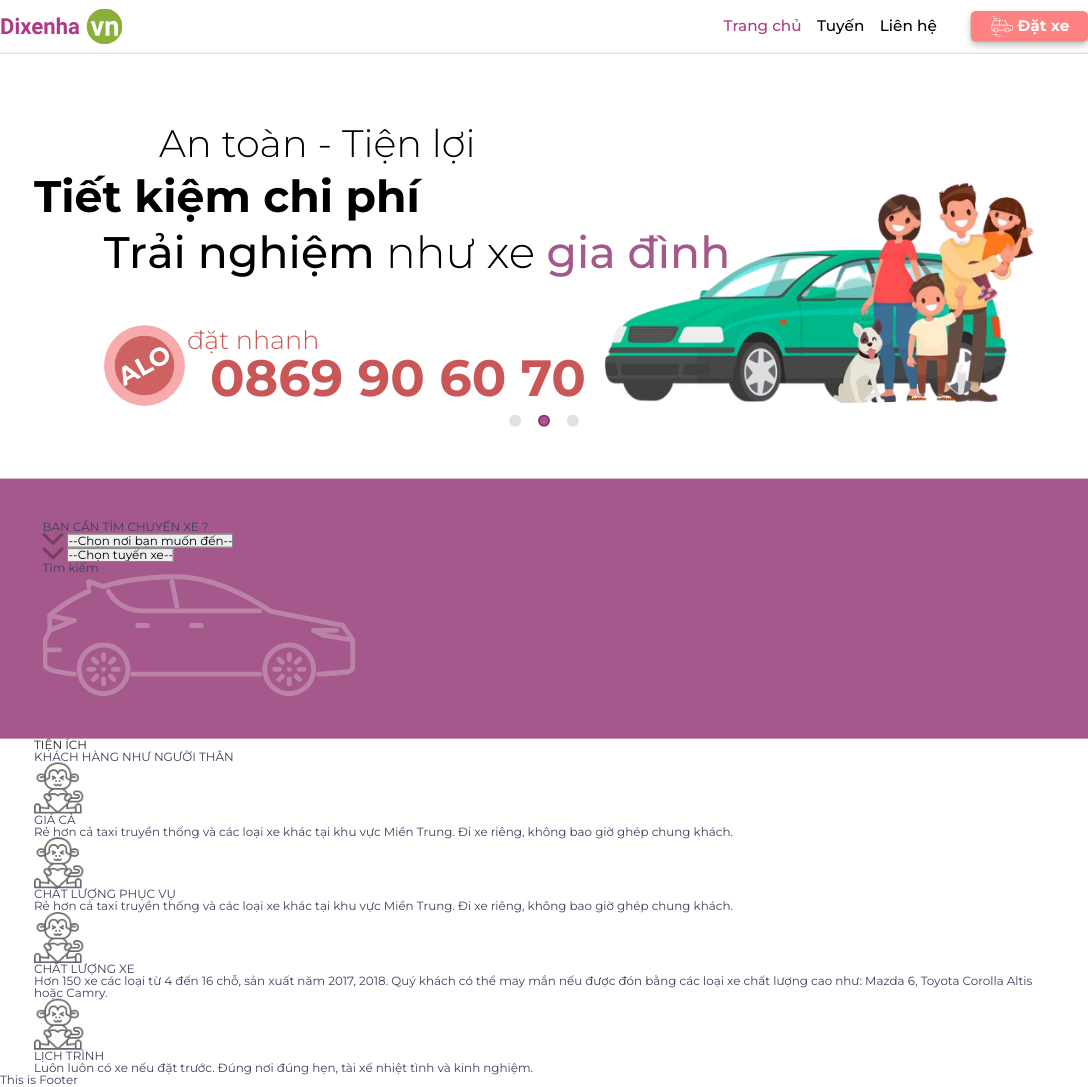
Repository: thanhthien0706/last_project--fe004
Page: lastProductF004/dist/index.html
These files come from the project's save history. The page is drawn as it stood at one moment and after the next save; the edit follows.
The browser window is 1280 px wide. The pictures show the whole page, at 85% of full size.
Some web libraries are served in a nearby version. The style sheet was rebuilt from its Sass, Less or Tailwind sources for each picture, by a compiler version that may differ from the author's.

Above is the page before, as saved 2021-09-16 21:11:50.

### lastProductF004/dist/index.html
<html lang="vi">

<head>
  <!-- include head.html -->
  <title>Trang web cho thuê xe Đà Nẵng - Hội An</title>
<meta name="viewport" content="width=device-width, initial-scale=1, shrink-to-fit=no">
<meta http-equiv="Content-type" content="text/html;charset=UTF-8">

<!-- favicon -->
<link href="/images/favicon.ico" type="image/x-icon" rel="icon">
<!-- meta social -->
<meta name="twitter:card" content="" />
<meta name="twitter:site" content="" />
<meta name="twitter:creator" content="" />
<meta property="og:description" content="" />
<meta property="og:image" content="" />
<meta property="og:site_name" content="">
<meta property="og:title" content="" />
<meta property="og:type" content="">
<meta property="og:url" content="" />
<link rel="apple-touch-icon" sizes="180x180" href="/images/favicon/apple-touch-icon.png">
<link rel="icon" type="image/png" sizes="32x32" href="/images/favicon/favicon-32x32.png">
<link rel="icon" type="image/png" sizes="16x16" href="/images/favicon/favicon-16x16.png">

<link rel="manifest" href="/manifest.json">

<meta name="mobile-web-app-capable" content="yes">
<meta name="apple-mobile-web-app-capable" content="yes">
<meta name="application-name" content="Short name web app">
<meta name="apple-mobile-web-app-title" content="Short name web app">
<meta name="theme-color" content="#00a849">
<meta name="msapplication-navbutton-color" content="#00a849">
<meta name="apple-mobile-web-app-status-bar-style" content="black-translucent">
<meta name="msapplication-starturl" content="/">


  <!-- include styles.html -->
  <link href="https://fonts.googleapis.com/css?family=Roboto|Roboto+Condensed|Roboto+Mono|Roboto+Slab&display=swap"
    rel="stylesheet">
<link href="https://fonts.googleapis.com/icon?family=Material+Icons" rel="stylesheet">


<!-- boostrap -->
<link rel="stylesheet" href="https://stackpath.bootstrapcdn.com/bootstrap/4.4.1/css/bootstrap.min.css"
    integrity="sha384-Vkoo8x4CGsO3+Hhxv8T/Q5PaXtkKtu6ug5TOeNV6gBiFeWPGFN9MuhOf23Q9Ifjh" crossorigin="anonymous">
<link rel="stylesheet" href="https://use.fontawesome.com/releases/v5.8.2/css/all.css"
    integrity="sha384-oS3vJWv+0UjzBfQzYUhtDYW+Pj2yciDJxpsK1OYPAYjqT085Qq/1cq5FLXAZQ7Ay" crossorigin="anonymous">

<link rel="stylesheet" href="https://unpkg.com/swiper/swiper-bundle.css">
<link rel="stylesheet" href="https://unpkg.com/swiper/swiper-bundle.min.css">

<link href="https://unpkg.com/aos@2.3.1/dist/aos.css" rel="stylesheet">

<!-- build:css(.tmp) style/style.min.css -->
<!-- <link rel="stylesheet" type="text/css" media="screen" href="styles/main.scss"/> -->
<link rel="stylesheet" type="text/css" media="screen" href="css/main.css" />
<!-- endbuild -->
</head>

<body class="wrapper">
  <header class="main_header">
  <div class="container_edit">
    <div class="box_main_content">
      <div class="box_logo">
        <img src="../../images/logo.svg" alt="logo" class="img_logo">
      </div>
      <div class="box_main_menu">
        <ul class="lista_menu">
          <li class="item_list">
              <a href="#" class="active">Trang chủ</a>
          </li>
          <li class="item_list">
              <a href="#">Tuyến</a>
          </li>
          <li class="item_list">
              <a href="#">Liên hệ</a>
          </li>
        </ul>
        <a href="#" class="btn_dat_xe">
          <img src="images/icon/ic_car-1.svg" alt="">
          <span class="text">Đặt xe</span>
        </a>
      </div>
    </div>
  </div>

</header>

  <section>

    <section class="section_01">
      <div class="container_new_edit">
        <div class="box_main_slide">
          <!-- slide 1 -->
          <div class="box_content_slide">

            <div class="box_slogan">
              <p class="slogan_1">An toàn - Tiện lợi</p>
              <p class="slogan_2">Tiết kiệm chi phí</p>
              <p class="slogan_3"><span class="sp_slogan_1">Trải nghiệm</span> như xe <span class="sp_slogan_2">gia đình</span></p>
            </div>

            <div class="box_contact">
              <div class="box_icon">
                <div class="shape_1"></div>
                <div class="shape_2"></div>
                <p class="icon">ALO</p>
              </div>
              <div class="box_text">
                <p>đặt nhanh</p>
                <p class="sdt">
                  0869 90 60 70
                </p>
              </div>
            </div>

            <div class="box_img">
              <img src="images/bg/bg_image-1.png" alt="">
            </div>

          </div>

          <!-- slide 2 -->
          <div class="box_content_slide">

            <div class="box_slogan">
              <p class="slogan_1">An toàn - Tiện lợi</p>
              <p class="slogan_2">Tiết kiệm chi phí</p>
              <p class="slogan_3"><span class="sp_slogan_1">Trải nghiệm</span> như xe <span class="sp_slogan_2">gia đình</span></p>
            </div>

            <div class="box_contact">
              <div class="box_icon">
                <div class="shape_1"></div>
                <div class="shape_2"></div>
                <p class="icon">ALO</p>
              </div>
              <div class="box_text">
                <p>đặt nhanh</p>
                <p class="sdt">
                  0869 90 60 70
                </p>
              </div>
            </div>

            <div class="box_img">
              <img src="images/bg/bg_image-1.png" alt="">
            </div>

          </div>

          <!-- slide 3 -->
          <div class="box_content_slide">

            <div class="box_slogan">
              <p class="slogan_1">An toàn - Tiện lợi</p>
              <p class="slogan_2">Tiết kiệm chi phí</p>
              <p class="slogan_3"><span class="sp_slogan_1">Trải nghiệm</span> như xe <span class="sp_slogan_2">gia đình</span></p>
            </div>

            <div class="box_contact">
              <div class="box_icon">
                <div class="shape_1"></div>
                <div class="shape_2"></div>
                <p class="icon">ALO</p>
              </div>
              <div class="box_text">
                <p>đặt nhanh</p>
                <p class="sdt">
                  0869 90 60 70
                </p>
              </div>
            </div>

            <div class="box_img">
              <img src="images/bg/bg_image-1.png" alt="">
            </div>

          </div>

        </div>
      </div>
    </section>
    <section class="section_02">
      <div class="container_new_edit">
        <div class="row_edit">
          <div class="box_left">
            <p>BẠN CẦN TÌM CHUYẾN XE ?</p>
            <section class="section_list_sec">

              <div class="box_main--sec">
                <span class="arrow">
                  <img src="images/icon/ic_arrow--down.png" alt="">
                </span>
                <select name="" id="" class="select_main">
                  <option value="1">--Chọn nơi bạn muốn đến--</option>
                  <option value="1">Đà nẵng</option>
                  <option value="1">Nha Trang</option>
                  <option value="1">Huế</option>
                </select>
              </div>

              <div class="box_main--sec">
                <span class="arrow">
                  <img src="images/icon/ic_arrow--down.png" alt="">
                </span>
                <select name="" id="" class="select_main">
                  <option value="1">--Chọn tuyến xe--</option>
                  <option value="1">Tuyến 1</option>
                  <option value="1">Tuyến 2</option>
                  <option value="1">Tuyến 3</option>
                </select>
              </div>

              <a href="#" class="btn_search">Tìm kiếm</a>
            </section>
          </div>
          <div class="box_right">
            <img src="images/bg/bg_img-2.svg" alt="">
          </div>
        </div>
      </div>
    </section>
    <section class="section_03">
      <div class="container_new_edit">
        <div class="box_header">
          <span>TIỆN ÍCH</span>
          <h2>KHÁCH HÀNG NHƯ NGƯỜI THÂN</h2>
        </div>
        <div class="box_tien-ich_main">
          <div class="box_grid">
            <div class="item_grid">
              <div class="box_conten">
                <div class="box_logo">
                  <img src="images/icon/ic_monkey.png" alt="">
                </div>
                <div class="box_text--main">
                  <h2>GIÁ CẢ</h2>
                  <p>
                    Rẻ hơn cả taxi truyền thống và các loại xe khác tại khu vực Miền Trung.
                    Đi xe riêng, không bao giờ ghép chung khách.
                  </p>
                </div>
              </div>
            </div>
            <div class="item_grid">
              <div class="box_conten">
                <div class="box_logo">
                  <img src="images/icon/ic_monkey.png" alt="">
                </div>
                <div class="box_text--main">
                  <h2>CHẤT LƯỢNG PHỤC VỤ</h2>
                  <p>
                    Rẻ hơn cả taxi truyền thống và các loại xe khác tại khu vực Miền Trung.
                    Đi xe riêng, không bao giờ ghép chung khách.
                  </p>
                </div>
              </div>
            </div>
            <div class="item_grid">
              <div class="box_conten">
                <div class="box_logo">
                  <img src="images/icon/ic_monkey.png" alt="">
                </div>
                <div class="box_text--main">
                  <h2>CHẤT LƯỢNG XE</h2>
                  <p>
                    Hơn 150 xe các loại từ 4 đến 16 chỗ, sản xuất năm 2017, 2018.
                    Quý khách có thể may mắn nếu được đón bằng các loại xe chất lượng cao
                    như: Mazda 6, Toyota Corolla Altis hoặc Camry.
                  </p>
                </div>
              </div>
            </div>
            <div class="item_grid">
              <div class="box_conten">
                <div class="box_logo">
                  <img src="images/icon/ic_monkey.png" alt="">
                </div>
                <div class="box_text--main">
                  <h2>LỊCH TRÌNH</h2>
                  <p>
                    Luôn luôn có xe nếu đặt trước.
                    Đúng nơi đúng hẹn, tài xế nhiệt tình và kinh nghiệm.
                  </p>
                </div>
              </div>
            </div>
          </div>
        </div>
      </div>
    </section>

  </section>
  <footer class="main_footer">
        <h1>This is Footer</h1>
</footer>

  <!-- include scripts.html -->
  <!-- boostrap -->
<script src="https://ajax.googleapis.com/ajax/libs/jquery/3.4.1/jquery.min.js"></script>
<!-- <script src="https://code.jquery.com/jquery-3.3.1.slim.min.js"
        integrity="sha384-q8i/X+965DzO0rT7abK41JStQIAqVgRVzpbzo5smXKp4YfRvH+8abtTE1Pi6jizo"
        crossorigin="anonymous"></script> -->
<script src="https://cdnjs.cloudflare.com/ajax/libs/popper.js/1.14.7/umd/popper.min.js"
        integrity="sha384-UO2eT0CpHqdSJQ6hJty5KVphtPhzWj9WO1clHTMGa3JDZwrnQq4sF86dIHNDz0W1"
        crossorigin="anonymous"></script>
<script src="https://stackpath.bootstrapcdn.com/bootstrap/4.3.1/js/bootstrap.min.js"
        integrity="sha384-JjSmVgyd0p3pXB1rRibZUAYoIIy6OrQ6VrjIEaFf/nJGzIxFDsf4x0xIM+B07jRM"
        crossorigin="anonymous"></script>



<!-- build:js script/script.min.js -->
<script type="text/javascript" src="js/slick.js"></script>
<script type="text/javascript" src="js/script.js"></script>
<!-- endbuild -->

<script src="https://unpkg.com/aos@2.3.1/dist/aos.js"></script>
</body>

</html>

### lastProductF004/src/styles/main.scss
// ----------------------------------------------------------------------
// Font
// ----------------------------------------------------------------------
@import url('https://fonts.googleapis.com/css?family=Roboto:300,400,500,700,900&subset=vietnamese');
@import url('https://cdnjs.cloudflare.com/ajax/libs/font-awesome/5.15.1/css/all.min.css');
// ----------------------------------------------------------------------
// Base
// ----------------------------------------------------------------------
@import "base/reset";
@import "base/fonts";
@import "base/base";

// ----------------------------------------------------------------------
// Layout
// ----------------------------------------------------------------------
@import "layout/slick";
@import "layout/global";
@import "layout/keyframes";
@import "layout/header";
@import "layout/footer";

// ----------------------------------------------------------------------
// Pages
// ----------------------------------------------------------------------
@import "pages/homepage";

### lastProductF004/src/styles/base/_fonts.scss
@import url('https://fonts.googleapis.com/css2?family=Montserrat:wght@100;200;300;400;500;600;700;800;900&display=swap');
// font-family: 'Montserrat', sans-serif;

### lastProductF004/src/styles/layout/_keyframes.scss
@include keyframes(faderighttoleft) {
    from {
        opacity: 0;
        right: -50px;
    }

    to {
        opacity: 1;
        right: 0;
    }
}

@include keyframes(face_text_slide) {
    from {
        opacity: 0;
        top: 20px;
    }

    to {
        opacity: 1;
        top: 0;
    }
}
@include keyframes(showcar_home) {
    from {
        opacity: 0;
        visibility: hidden;
        bottom: -10px;
    }

    to {
        opacity: 1;
        visibility: visible;
        bottom: 0;
    }
}

@include keyframes(showcar) {
    from {
        opacity: 0;
        visibility: hidden;
        bottom: -10px;
    }

    to {
        opacity: 1;
        visibility: visible;
        bottom: -24px;
    }
}

@include keyframes(xoayphone) {
    0% {
        @include xoay(-45deg);
    }

    50% {
        @include xoay(25deg);
    }

    100% {
        @include xoay(0deg);
    }
}

@include keyframes(onloadtabs) {
    from {
        opacity: 0;
        visibility: hidden;
        left: -10px;
    }

    to {
        opacity: 1;
        visibility: visible;
        left: 0;
    }
}

@include keyframes(showhomecar) {
    from {
        opacity: 0;
        visibility: hidden;
        min-height: 0;
        bottom: -20px;
    }

    to {
        opacity: 1;
        visibility: visible;
        min-height: 240px;
        bottom: 0;
    }
}

### lastProductF004/src/styles/layout/_header.scss
.container_edit{
    max-width: 1360px;
    width: 100%;
    margin: 0 auto;
}

.main_header{
    padding: 10px 0;
    background-color: #fff;
    border-bottom: 1px solid rgba(0, 0, 0, 0.22);
    .box_main_content{
        display: flex;
        flex-direction: row;
        justify-content: space-between;
        align-items: center;
        .box_logo{
            img{
                width: auto;
                height: 42px;
                object-fit: cover;
            }
        }
        .box_main_menu{
            display: flex;
            flex-direction: row;
            justify-self: center;
            align-items: center;
            .lista_menu{
                display: flex;
                flex-direction: row;
                justify-content: space-between;
                align-items: center;
                margin-right: 40px;
                .item_list{
                    margin-right:18px;
                    a{
                        font-size:18px;
                        color:#000;
                        font-weight: 500;
                        text-decoration: none;
                        transition: 0.5s;
                        &.active{
                            color:#AF3A87;
                        }
                        &:hover{
                            color:#AF3A87;
                        }
                    }
                    &:last-child{
                        margin-right:0;
                    }
                }
            }
            .btn_dat_xe{
                display: flex;
                flex-direction: row;
                justify-content: space-between;
                align-items: center;
                padding: 6px 22px;
                background-color: #FF8282;
                border-radius: 6px;
                text-decoration: none;
                filter: drop-shadow(0px 4px 4px rgba(0, 0, 0, 0.25));
                transition: 0.5s;
                &:hover{
                    opacity: 0.8;
                }
                img{
                    margin-right: 5px;
                }
                span{
                    font-size:18px;
                    color:#fff;
                    font-weight: bold;
                }
            }
        }
    }
}

### lastProductF004/src/styles/pages/_homepage.scss
html {
    scroll-behavior: smooth;
}

.container_new_edit{
    max-width: 1200px;
    width: 100%;
    margin: 0 auto;
}

.section_01{
    min-height:500px;
    padding: 83px 0;
    // width: 100%;
    .box_main_slide{
        .box_content_slide{
            position: relative;
            height: 334px;
            .box_slogan{
                position: absolute;
                top: 0;
                left: 0;
                .slogan_1{
                    @include font_size(45);
                    font-weight: 300;
                    color: #000;
                    margin-bottom: 14px;
                    margin-left: 147px;
                }
                .slogan_2{
                    @include font_size(52);
                    font-weight: bold;
                    color: #000;
                    margin-bottom: 14px;
                }
                .slogan_3{
                    @include font_size(52);
                    font-weight: 300;
                    color: #000;
                    margin-bottom: 14px;
                    margin-left: 82px;

                    .sp_slogan_1{
                        font-weight: 500;
                    }
                    .sp_slogan_2{
                        font-weight:500;
                        color: rgba(135, 32, 100, 0.75);
                    }
                }
            }
            .box_contact{
                position: absolute;
                display: flex;
                flex-direction: row;
                align-items: center;
                bottom: 5;
                left: 130px;
                .box_icon{
                    position: relative;
                    .shape_1{
                        position: absolute;
                        width: 95px;
                        height: 95px;
                        background-color:  rgba(245, 151, 151, 0.8);
                        top: 50%;
                        left: 50%;
                        transform: translate(-50%,-50%);
                        border-radius: 50%;
                    }
                    .shape_2{
                        position: absolute;
                        width: 70px;
                        height: 70px;
                        background-color: rgba(197, 81, 81, 0.8);
                        top: 50%;
                        left: 50%;
                        transform: translate(-50%,-50%);
                        border-radius: 50%;
                    }
                    p{
                        @include font_size(30);
                        font-weight: bold;
                        color: #fff;
                        text-align: center;
                        position: absolute;
                        top: 50%;
                        left: 50%;
                        transform: translate(-50%, -50%) rotate(-29deg);
                    }
                }

                .box_text{
                    margin-left: 50px;
                    p{
                        @include font_size(30);
                        font-weight: 300;
                        color: #CA5757;;
                    }
                    .sdt{
                        @include font_size(60);
                        font-weight: bold;
                        margin-left: 27px;
                    }
                }
            }
            .box_img{
                position: absolute;
                right: -44px;
                bottom: -54px;
                img{
                    width: auto;
                    height: 365px;
                    object-fit: cover;
                }
            }
        }
        .slick-dots{
            position: absolute;
            bottom: -22px;
            left: 0;
            right: 0;
            display: flex;
            flex-direction: row;
            align-items: center;
            justify-content: center;
            @include maxWidth(480px) {
                bottom: 30px;
            }
            li {
                margin-right: 20px;

                button {
                  height: 14px;
                  width: 14px;
                  background: #e1e1e1;
                  text-indent: -9999px;
                  display: block;
                  border: 2px solid #e1e1e1;
                  border-radius: 50%;
                  padding: 0;
                  outline: none
                }

                &:last-child {
                  margin-right: 0;
                }

                &.slick-active {
                  button {
                    border: 2px solid rgba(135, 32, 100, 0.75);
                    background-color: rgba(135, 32, 100, 0.75);
                  }
                }
              }
        }
    }
}

.section_02{
    padding: 50px;
    background-color:  rgba(135, 32, 100, 0.75);
}

Loaded but not shown: lastProductF004/dist/js/slick.js (library); lastProductF004/src/styles/base/_reset.scss (common file); lastProductF004/src/styles/layout/_slick.scss (common file); lastProductF004/dist/js/script.js (13 lines, source omitted); lastProductF004/src/styles/base/_base.scss (976 lines, source omitted); lastProductF004/src/styles/layout/_global.scss (187 lines, source omitted); lastProductF004/src/styles/layout/_footer.scss (no stored copy; drawn as an empty file)

After the next save:
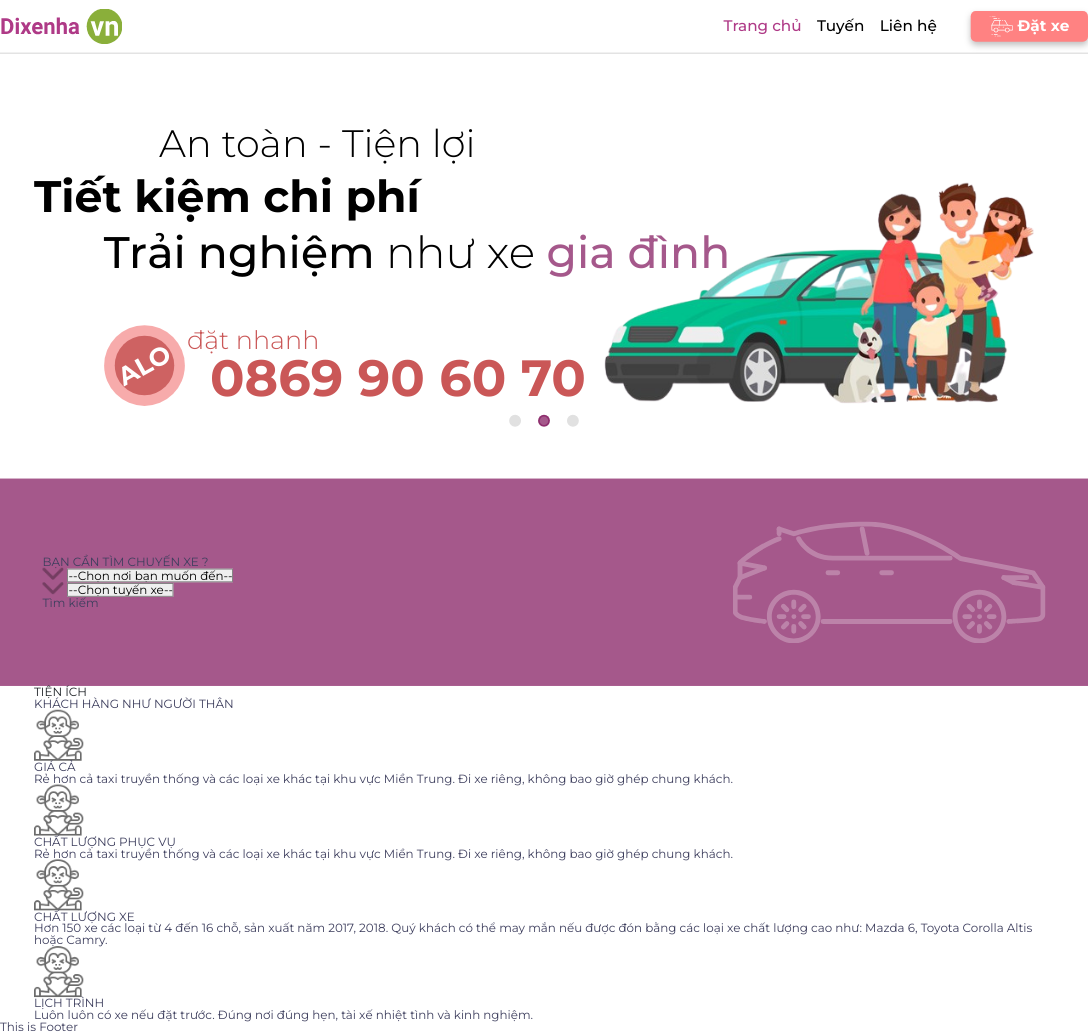
Saved 50 s later.
--- a/lastProductF004/src/styles/pages/_homepage.scss
+++ b/lastProductF004/src/styles/pages/_homepage.scss
@@ -160,4 +160,10 @@ html {
 .section_02{
     padding: 50px;
     background-color:  rgba(135, 32, 100, 0.75);
+    .row_edit{
+        display: flex;
+        flex-direction: row;
+        justify-content: space-between;
+        align-items: center;
+    }
 }
